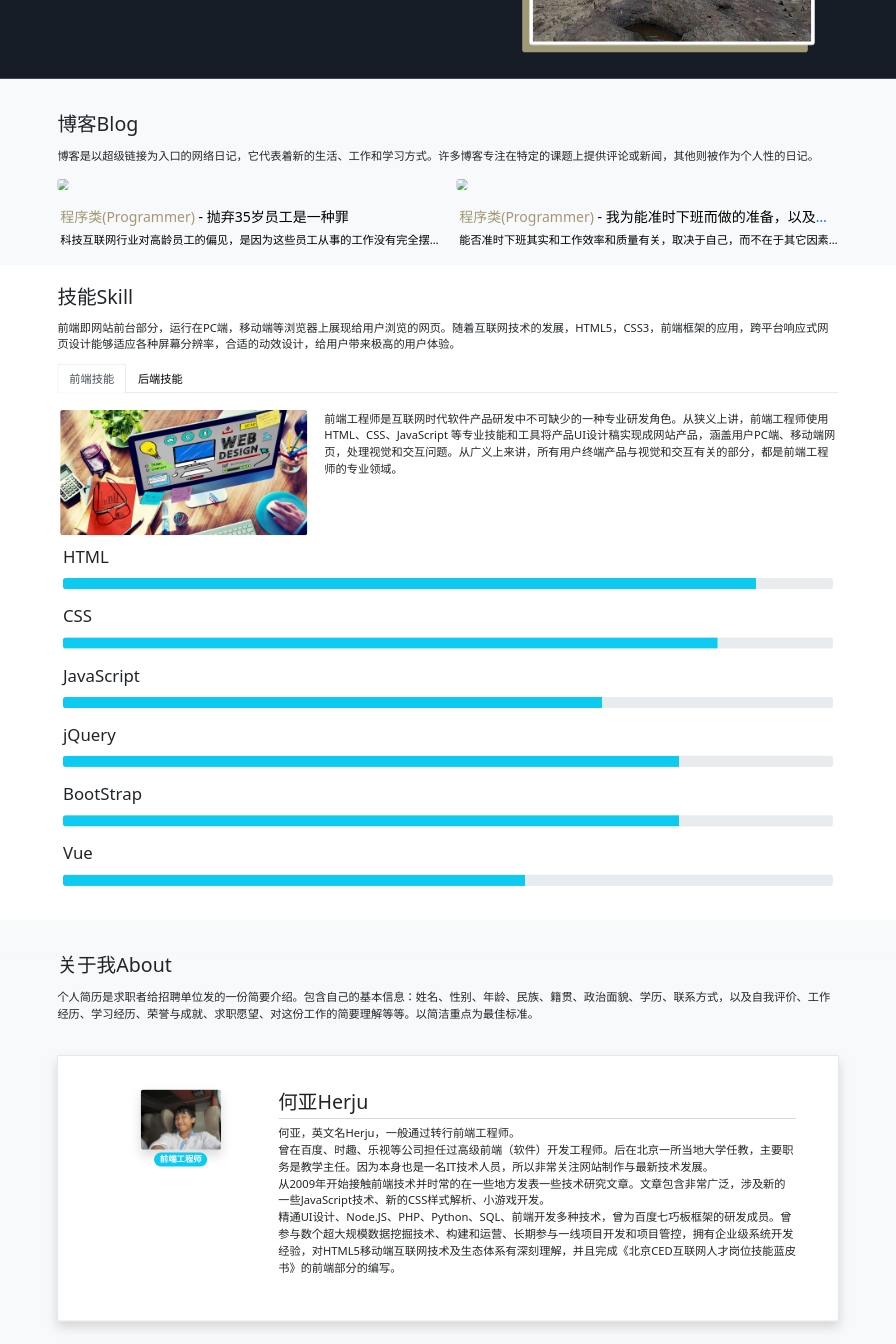
Repository: herjuandlonely/github.io
Page: index.html
An editor plug-in stored every save of this project. The page is shown before and after the next save, followed by the edit.
The browser window is 1280 px wide. The pictures show the part of the page from y = 392 to 2312 px (the page is 3291 px tall before and 3676 px after), at 70% of full size.

Above is the page before, as saved 2022-06-29 14:02:53.
Not found: image/piqsels.com-id-fggmp.jpg
Not found: image/piqsels.com-id-szhul.jpg

### index.html
<!DOCTYPE html>
<html lang="en">
<head>
    <meta charset="UTF-8">
    <meta http-equiv="X-UA-Compatible" content="IE=edge">
    <meta name="viewport" content="width=device-width, initial-scale=1.0">
    <link rel="stylesheet" href="./bootstrap-4.6.1-dist/css/bootstrap.min.css">
    <link rel="stylesheet" href="./CSS/index.css">
    <link rel="stylesheet" href="./CSS/normalize.css">
    <link rel="stylesheet" href="./icon/font_3484823_t6q6q64gri/iconfont.css">
    <script src="./bootstrap-4.6.1-dist/js/bootstrap.bundle.min.js"></script>
    <title>Herju的个人网站</title>
</head>
<body class=" bg-light"  data-bs-spy="scroll" data-bs-target=".navbar">
    <!-- nav start -->
    <div class="container-fluid px-0 shadow navbarControl">
        <nav class="navbar navbar-expand-md navbar-dark navbarBg">
            <div class="container-fluid px-4">
                <a class="navbar-brand ms-4" herf="#">
                    Herju's Home
                </a>
                <button class="navbar-toggler" data-bs-toggle="collapse" data-bs-target="#foldBtn">
                    <span class="navbar-toggler-icon"></span>
                </button>
                <div class="collapse navbar-collapse" id="foldBtn">
                    <ul class="navbar-nav ms-auto me-4">
                        <li class="nav-item text-center">
                            <a class="nav-link fw-lighter" href="#bk">博客 Blog</a>
                        </li>
                        <li class="nav-item text-center">
                            <a class="nav-link fw-lighter" href="#jn">技能 Skill</a>
                        </li>
                        <li class="nav-item text-center">
                            <a class="nav-link fw-lighter" href="#ab">关于 About</a>
                        </li>
                        <li class="nav-item text-center">
                            <a class="nav-link fw-lighter" href="#lx">联系我 Call</a>
                        </li>
                    </ul>
                </div>
            </div>
        </nav>
    </div>
    <!-- nav end -->

    <!-- banner start -->
    <div class="container-fluid navbarBg">
        <div class="row">
            <div class="col-12 col-md-6 text-white p-5 pb-0 pb-md-5">
                <h1 style="font-size: 2.5rem;" class="my-3">欢迎你来的我空间，期待与您更详细的交流。</h1>
                <p class=" fw-lighter">朋友，可能我们初次了解，也可能你是我的老朋友。我是一名普通的高校老师，目前主要在从事前端行业的教学。不嫌弃的话，坐下吧，朋友，一起喝杯茶休息一下，一起在互相从新认识一下。</p>
                <ul class=" list list-unstyled d-flex align-items-center">
                    <li class="me-2">关注我：</li>
                    <li class="me-2 position-relative fs-6 banner-icon-qq">
                        <a href="#" class="text-white text-decoration-none">
                            <i class="iconfont icon-QQ"></i>
                        </a>
                        <img src="./image/QQ2.png" class="img-QQ">
                    </li>
                    <li class="me-2 position-relative fs-6 banner-icon-wx">
                        <a href="#" class="text-white text-decoration-none ">
                            <i class="iconfont icon-weixin"></i>
                        </a>
                        <img src="./image/wx2.png" class="img-WX">
                    </li>
                    <li class=" fs-6">
                        <a href="https://github.com/herjuandlonely" class="text-white text-decoration-none" target="_blank">
                            <svg xmlns="http://www.w3.org/2000/svg" width="16" height="16" fill="currentColor" class="bi bi-github" viewBox="0 0 16 16">
                                <path d="M8 0C3.58 0 0 3.58 0 8c0 3.54 2.29 6.53 5.47 7.59.4.07.55-.17.55-.38 0-.19-.01-.82-.01-1.49-2.01.37-2.53-.49-2.69-.94-.09-.23-.48-.94-.82-1.13-.28-.15-.68-.52-.01-.53.63-.01 1.08.58 1.23.82.72 1.21 1.87.87 2.33.66.07-.52.28-.87.51-1.07-1.78-.2-3.64-.89-3.64-3.95 0-.87.31-1.59.82-2.15-.08-.2-.36-1.02.08-2.12 0 0 .67-.21 2.2.82.64-.18 1.32-.27 2-.27.68 0 1.36.09 2 .27 1.53-1.04 2.2-.82 2.2-.82.44 1.1.16 1.92.08 2.12.51.56.82 1.27.82 2.15 0 3.07-1.87 3.75-3.65 3.95.29.25.54.73.54 1.48 0 1.07-.01 1.93-.01 2.2 0 .21.15.46.55.38A8.012 8.012 0 0 0 16 8c0-4.42-3.58-8-8-8z"/>
                            </svg>
                        </a>
                    </li>
                </ul>
                <button class="btn fw-lighter text-dark mt-4 mb-md-5 mb-0 btn-lg fs-6" style="background-color: #a19975;">
                    <svg xmlns="http://www.w3.org/2000/svg" width="16" height="16" fill="currentColor" class="bi bi-envelope-fill me-1" viewBox="0 0 16 16">
                        <path d="M.05 3.555A2 2 0 0 1 2 2h12a2 2 0 0 1 1.95 1.555L8 8.414.05 3.555ZM0 4.697v7.104l5.803-3.558L0 4.697ZM6.761 8.83l-6.57 4.027A2 2 0 0 0 2 14h12a2 2 0 0 0 1.808-1.144l-6.57-4.027L8 9.586l-1.239-.757Zm3.436-.586L16 11.801V4.697l-5.803 3.546Z"/>
                      </svg>
					Mail to me
                </button>
            </div>
            <div class="col-12 col-md-6 p-5 bannerImg d-flex justify-content-center">
                <img src="./image/IMG_20220625_204302.jpg" class=" img-thumbnail w-75">
            </div>
        </div>
    </div>
    <!-- banner start -->

    <!-- Blog start -->
    <div class="container pt-5 pb-2">
        <h3 id="bk">博客<span class=" fw-lighter">Blog</span></h3>
        <p class=" fw-lighter mt-3">
            博客是以超级链接为入口的网络日记，它代表着新的生活、工作和学习方式。许多博客专注在特定的课题上提供评论或新闻，其他则被作为个人性的日记。
        </p>
        <div class="row">
            <div class="col-md-6 col-12">
                <a href="https://www.cnblogs.com/zhengyun_ustc/p/35_years_old.html" class=" text-decoration-none blog-text" target="_blank">
                    <img src="./image/piqsels.com-id-fggmp.jpg" class=" w-100 rounded-2">
                    <h5 class=" mt-4 ms-1">
                        <span style="color: #a19975;">程序类(Programmer)</span><span class=" fw-normal blog-text-title"> - 抛弃35岁员工是一种罪</span>
                    </h5>
                    <p class="mt-2 ms-1 fw-lighter text-truncate">科技互联网行业对高龄员工的偏见，是因为这些员工从事的工作没有完全摆脱劳动密集型的本质。</p>
                </a>
            </div>
            <div class="col-md-6 col-12 mt-4 mt-md-0">
                <a href="https://www.cnblogs.com/JavaArchitect/p/11062713.html" class=" text-decoration-none blog-text" target="_blank">
                    <img src="./image/piqsels.com-id-szhul.jpg" class=" w-100 rounded-2">
                    <h5 class=" mt-4 ms-1 text-truncate">
                        <span style="color: #a19975;">程序类(Programmer)</span><span class=" fw-normal blog-text-title"> - 我为能准时下班而做的准备，以及由此的收获，同时总结下不足</span>
                    </h5>
                    <p class="mt-2 ms-1 fw-lighter text-truncate">能否准时下班其实和工作效率和质量有关，取决于自己，而不在于其它因素。</p>
                </a>
            </div>
        </div>
    </div>
    <!-- Blog start -->

    <!-- Skill start -->
    <div class="container-fluid bg-white pt-4 pb-5">
        <div class="container mt-1">
            <h3 id="jn">技能<span class=" fw-lighter">Skill</span></h3>
            <p class=" fw-lighter mt-3">
                前端即网站前台部分，运行在PC端，移动端等浏览器上展现给用户浏览的网页。随着互联网技术的发展，HTML5，CSS3，前端框架的应用，跨平台响应式网页设计能够适应各种屏幕分辨率，合适的动效设计，给用户带来极高的用户体验。
            </p>
            <!-- 选项卡 -->
            <nav class="nav nav-tabs navtab-text">
                <a href="#start-skill" class="nav-link active" data-bs-toggle="tab">前端技能</a>
                <a href="#end-skill" class="nav-link" data-bs-toggle="tab">后端技能</a>
            </nav>
            <div class="tab-content mt-4 px-1">
                <div class="tab-pane fade show active" id="start-skill">
                    <div class="row">
                        <div class="col-lg-4 col-12">
                            <img src="./image/src=http___inews.gtimg.com_newsapp_match_0_8574056547_0.jpg&refer=http___inews.gtimg.jpeg" class="w-100 rounded-2">
                        </div>
                        <div class="col-lg-8 col-12 mt-3 mt-lg-0">
                            <p>前端工程师是互联网时代软件产品研发中不可缺少的一种专业研发角色。从狭义上讲，前端工程师使用 HTML、CSS、JavaScript 等专业技能和工具将产品UI设计稿实现成网站产品，涵盖用户PC端、移动端网页，处理视觉和交互问题。从广义上来讲，所有用户终端产品与视觉和交互有关的部分，都是前端工程师的专业领域。</p>
                        </div>
                    </div>
                    <div class="px-1">
                        <h4 class="mt-3">HTML</h4>
                        <div class="progress mt-3">
                            <div class="progress-bar bg-info" style="width: 90%;"></div>
                        </div>
                        <h4 class="mt-4">CSS</h4>
                        <div class="progress mt-3">
                            <div class="progress-bar bg-info" style="width: 85%;"></div>
                        </div>
                        <h4 class="mt-4">JavaScript</h4>
                        <div class="progress mt-3">
                            <div class="progress-bar bg-info" style="width: 70%;"></div>
                        </div>
                        <h4 class="mt-4">jQuery</h4>
                        <div class="progress mt-3">
                            <div class="progress-bar bg-info" style="width: 80%;"></div>
                        </div>
                        <h4 class="mt-4">BootStrap</h4>
                        <div class="progress mt-3">
                            <div class="progress-bar bg-info" style="width: 80%;"></div>
                        </div>
                        <h4 class="mt-4">Vue</h4>
                        <div class="progress mt-3">
                            <div class="progress-bar bg-info" style="width: 60%;"></div>
                        </div>
                    </div>
                </div>
                <div class="tab-pane fade" id="end-skill">
                    <div class="row">
                        <div class="col-lg-4 col-12">
                            <img src="./image/piqsels.com-id-szhul.png" class="w-100 rounded-2">
                        </div>
                        <div class="col-lg-8 col-12 mt-3 mt-lg-0">
                            <p>后端工程师隶属于软件研发工程师，是从事软件开发相关工作人员，其主要职责是平台设计、接口设计和功能实现。后端的工程师只负责提供接口和数据,专注于业务逻辑的实现,前端取到数据后在浏览器中展示,各司其职。在公司内，主要的内容负责后台内容的编写。</p>
                        </div>
                    </div>
                    <div class="px-1">
                        <h4 class="mt-3">Node.JS</h4>
                        <div class="progress mt-3">
                            <div class="progress-bar bg-info" style="width: 80%;"></div>
                        </div>
                    </div>
                </div>
            </div>
        </div>
    </div>
    <!-- Skill end -->

    <!-- 关于我 start -->
    <div class="container-fluid bg-light my-5">
        <div class="container">
            <h3 id="ab">
                关于我<span class=" fw-lighter">About</span>
            </h3>
            <p class=" fw-lighter mt-3">
                个人简历是求职者给招聘单位发的一份简要介绍。包含自己的基本信息：姓名、性别、年龄、民族、籍贯、政治面貌、学历、联系方式，以及自我评价、工作经历、学习经历、荣誉与成就、求职愿望、对这份工作的简要理解等等。以简洁重点为最佳标准。
            </p>
            <div class=" w-100 p-5 bg-white border shadow mt-5 row ms-0">
                <div class="col-md-3 col-12 ">
                    <div class=" text-center">
                        <div class="w-100">
                            <img src="./image/psc.jpg" class=" w-50 rounded-3 shadow" />
                        </div>
                        <div class="badge rounded-pill bg-info">
                            前端工程师
                        </div>
                    </div>
                </div>
                <div class="col-md-9 col-12 mt-3 mt-md-0">
                    <h3 class=" text-center text-md-start">何亚Herju</h3>
                    <hr class=" mt-1 mb-2">
                    <p>
                        何亚，英文名Herju，一般通过转行前端工程师。
                        <br>
                        曾在百度、时趣、乐视等公司担任过高级前端（软件）开发工程师。后在北京一所当地大学任教，主要职务是教学主任。因为本身也是一名IT技术人员，所以非常关注网站制作与最新技术发展。
                        <br>
                        从2009年开始接触前端技术并时常的在一些地方发表一些技术研究文章。文章包含非常广泛，涉及新的一些JavaScript技术、新的CSS样式解析、小游戏开发。
                        <br>
                        精通UI设计、Node.JS、PHP、Python、SQL、前端开发多种技术，曾为百度七巧板框架的研发成员。曾参与数个超大规模数据挖掘技术、构建和运营、长期参与一线项目开发和项目管控，拥有企业级系统开发经验，对HTML5移动端互联网技术及生态体系有深刻理解，并且完成《北京CED互联网人才岗位技能蓝皮书》的前端部分的编写。
                    </p>
                </div>
            </div>
        </div>
    </div>
    <!-- 关于我 end -->

    <!-- 联系我 start -->
    <div class="container-fluid py-5 bg-white">
        <div class="container">
            <h3 id="lx">
                联系我<span class=" fw-lighter">Call</span>
            </h3>
            <p class=" fw-lighter mt-3 mb-5">
                我知道你一定有很多话想跟我说，无论是学习的，还是其他方面的，只要你有问题，就可以发送给我，我会尽可能与你联系。
            </p>
            <div class="row">
                <div class="col-12 col-md-5 order-2 order-md-0 mt-4 mt-md-0">
                    <div class=" d-none d-md-block">
                        <h5>发一封邮件试试</h5>
                        <span class=" fw-lighter">今天第一次刚认识我？没关系，我们已经是朋友了。发个邮件让我知道你来过了。</span>
                    </div>
                    <h5 class="mt-4 mt-md-5">联系方式</h5>
                    <b>Email:</b>
                    <span>1026275854@qq.com</span><br>
                    <b>Phone:</b>
                    <span>13724043160</span><br>
                    <b>QQ:</b>
                    <span>1026275854</span><br>
                    <b>微信:</b>
                    <span>13724043160</span>
                    <h5 class="mt-4">联系地址</h5>
                    <b>Office:</b>
                    <span>广东省湛江市霞山区</span>
                </div>
                <div class="col-md-7 col-12 border shadow">
                    <form>
                        <div class="row p-5">
                            <div class="col-12 d-block d-md-none mb-4">
                                <h5>发一封邮件试试</h5>
                                <span class=" fw-lighter">今天第一次刚认识我？没关系，我们已经是朋友了。发个邮件让我知道你来过了。</span>
                            </div>
                            <div class="col-6">
                                <label class=" form-label fw-lighter" for="firstNameIput">First Name<span class=" text-danger">*</span></label>
                                <input type="text" required class="form-control" id="firstNameIput" placeholder="First Name"/>
                                <label class=" form-label fw-lighter mt-4" for="email">Email:</label>
                                <input type="text" class="form-control" id="email" placeholder="Email"/>
                            </div>
                            <div class="col-6">
                                <label class=" form-label fw-lighter" for="lastNameIput">Last Name<span class=" text-danger">*</span></label>
                                <input type="text" required class="form-control" id="lastNameIput" placeholder="Last Name"/>
                                <label class=" form-label fw-lighter mt-4" for="phoneIput">Phone Number:</label>
                                <input type="text" class="form-control" id="phoneIput" placeholder="Last Name"/>
                            </div>
                            <div class="col-12 mt-4">
                                <label class=" form-label fw-lighter" for="msgIput">Message<span class=" text-danger">*</span></label>
                                <textarea class=" form-control" required id="msgIput"></textarea>
                                <button class="btn btn-dark mt-4 send" type="submit">发送邮件</button>
                            </div>
                        </div>
                    </form>
                </div>
            </div>
        </div>
    </div>
    <div class="alertAll d-none">
        <div class="alertNode d-block d-md-none">
            <div class="alert alert-dark m-0 p-0 alertNodeContent position-absolute translate-middle top-50 start-50 p-md-5 p-3  fade show alert-dismissible pb-md-3 pb-2 w-75">
                <h3 class=" lh-base mb-0">我已收到您宝贵的建议，非常感谢！</h3>
                <hr class=" m-md-3 m-2 mt-3 mt-md-5">
                <div class="row">
                    <div class="col-6 border-end border-secondary good">
                        <div class=" text-center fs-4 my-0">好的</div>
                    </div>
                    <div class="col-6 cancel">
                        <div class=" text-center fs-4 my-0">取消</div>
                    </div>
                </div>
            </div>
        </div>
        <div class="alertNode d-none d-md-block">
            <div class="alert alert-dark m-0 p-0 alertNodeContent position-absolute translate-middle top-50 start-50 p-md-5 p-3  fade show alert-dismissible">
                <button class=" btn-close d-none d-md-block" data-bs-dismiss="alert"></button>
                <h3 class=" lh-base mb-0">我已收到您宝贵的建议，非常感谢！</h3>
            </div>
        </div>
    </div>
    <!-- 联系我 end -->

    <!-- footer start -->
    <div class="container-fluid navbarBg py-5">
        <div class="container">
            <div class="row">
                <div class="col-md-3 col-12 text-center text-md-start">
                    <ul class=" list-unstyled text-light">
                        <li class=" fw-bold">服务器端支持</li>
                        <li class="mt-2 fw-light"><small>Web端支持</small></li>
                        <li class=" fw-light"><small>Phone端支持</small></li>
                    </ul>
                </div>
                <div class="col-md-3 col-12 text-center text-md-start">
                    <ul class=" list-unstyled text-light">
                        <li class=" fw-bold">功能性模块</li>
                        <li class="mt-2 fw-light"><small>博客Blog</small></li>
                        <li class=" fw-light"><small>技能Skill</small></li>
                        <li class=" fw-light"><small>关于About</small></li>
                        <li class=" fw-light"><small>联系我Call</small></li>
                    </ul>
                </div>
                <div class="col-md-3 col-12 text-center text-md-start">
                    <ul class=" list-unstyled text-light">
                        <li class=" fw-bold">技能支持</li>
                        <li class="mt-2 fw-light"><small>Web前端技术</small></li>
                        <li class=" fw-light"><small>PhotoShop</small></li>
                        <li class=" fw-light"><small>BootStrap 5</small></li>
                    </ul>
                </div>
                <div class="col-md-3 col-12 text-center text-md-start">
                    <ul class=" list-unstyled text-light">
                        <li class=" fw-bold">Herju's Home</li>
                        <li class="mt-2 fw-light"><small>何亚耗时5小时完成的个人网站，希望大家喜欢，这是一个非常不错的项目练习。</small></li>
                    </ul>
                </div>
                <div class="col-12 text-center text-light mt-3">
                    <span>此网站由 何亚Herju © 1997-2022 版权所有</span>
                    <br>
                    <span>工业和信息化部备案管理系统网站</span>
                </div>
            </div>

        </div>
    </div>
    <!-- footer end -->

    <script src="./JS/index.js"></script>
</body>
</html>

### CSS/index.css
.navbarBg{
    background-color: #161d27;
}
.img-QQ{
    width: 10rem;
    height: 10rem;
    position: absolute;
    left: -73px;
    top: 25px;
    display: none;
}
.img-WX{
    width: 10rem;
    height: 10rem;
    position: absolute;
    left: -73px;
    top: 25px;
    display: none;
}
.img-QQ.d-show{
    display: block;
}
.img-WX.d-show{
    display: block;
}
.bannerImg img{
    box-shadow: -10px 10px 0px #a19975;
}
.blog-text-title{
    color: black;
}
.blog-text:hover .blog-text-title{
    color: blue;
}
.blog-text p{
    color: #000;
}
.blog-text:hover p{
    color: blue;
}
.navtab-text a{
    color: #000;
}
.alertNode{
    position: fixed;
    top: 0;
    bottom: 0;
    left: 0;
    right: 0;
    background-color: rgba(0, 0, 0, .7);
    z-index: 999;
}
.alertNode .good{
    cursor: pointer;
}
.alertNode .cancel{
    cursor: pointer;
}
.navbarControl{
    transition: .3s;
    position: fixed;
    top: 0;
    left: 0;
    z-index: 999;
}
.navbarControl.showAndHide{
    top: -56px;
}

### icon/font_3484823_t6q6q64gri/iconfont.css
@font-face {
  font-family: "iconfont"; /* Project id 3484823 */
  src: url('iconfont.woff2?t=1656149880118') format('woff2'),
       url('iconfont.woff?t=1656149880118') format('woff'),
       url('iconfont.ttf?t=1656149880118') format('truetype');
}

.iconfont {
  font-family: "iconfont" !important;
  font-size: 16px;
  font-style: normal;
  -webkit-font-smoothing: antialiased;
  -moz-osx-font-smoothing: grayscale;
}

.icon-QQ:before {
  content: "\e882";
}

.icon-weixin:before {
  content: "\e8bb";
}

Loaded but not shown: bootstrap-4.6.1-dist/css/bootstrap.min.css (library); CSS/normalize.css (library); bootstrap-4.6.1-dist/js/bootstrap.bundle.min.js (library); JS/index.js (97 lines, source omitted)

After the next save:
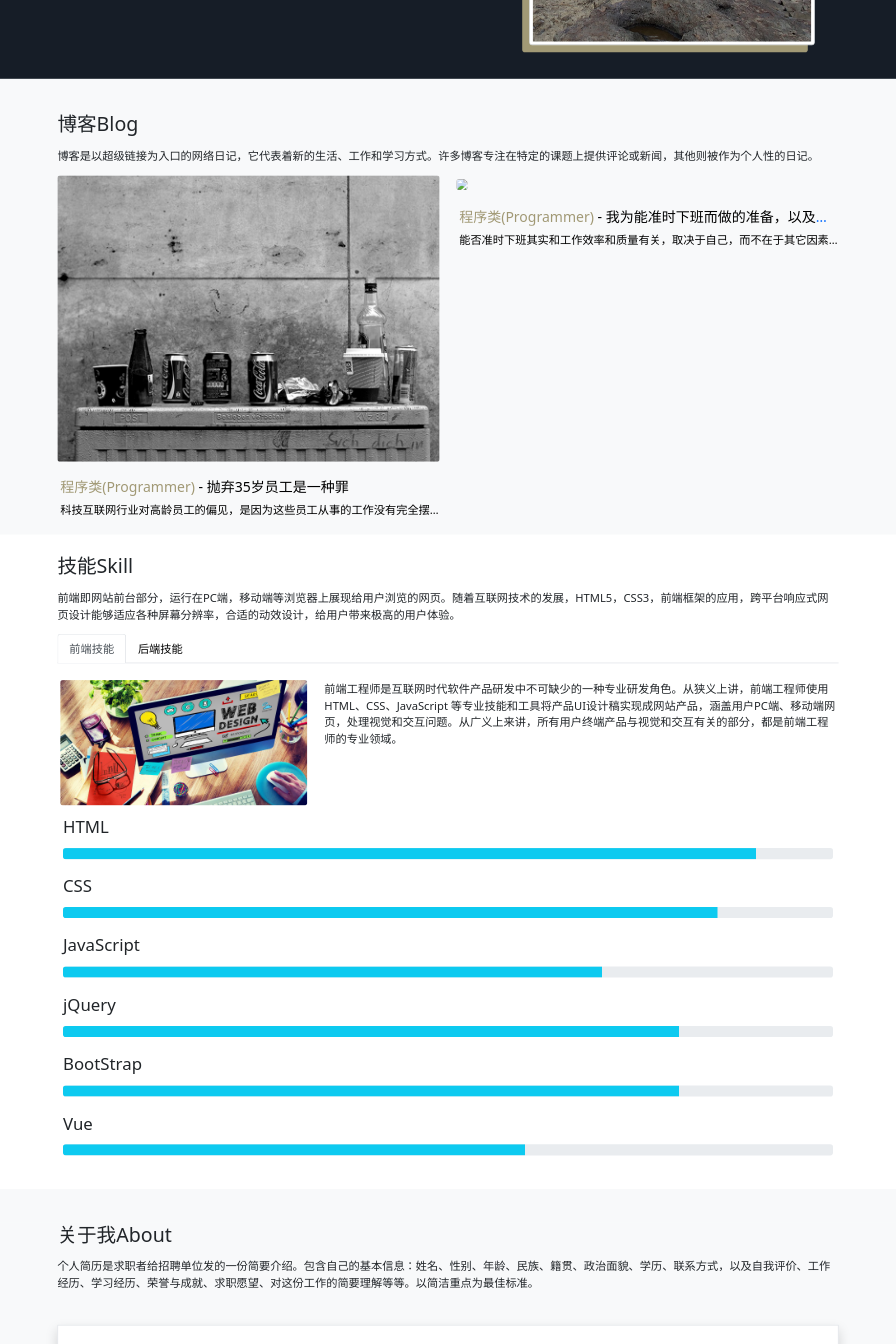
Saved 4 min 1 s later.
--- a/index.html
+++ b/index.html
@@ -94,7 +94,7 @@
         <div class="row">
             <div class="col-md-6 col-12">
                 <a href="https://www.cnblogs.com/zhengyun_ustc/p/35_years_old.html" class=" text-decoration-none blog-text" target="_blank">
-                    <img src="./image/piqsels.com-id-fggmp.jpg" class=" w-100 rounded-2">
+                    <img src="./image/piqsels.com-id-fggmp.png" class=" w-100 rounded-2">
                     <h5 class=" mt-4 ms-1">
                         <span style="color: #a19975;">程序类(Programmer)</span><span class=" fw-normal blog-text-title"> - 抛弃35岁员工是一种罪</span>
                     </h5>
